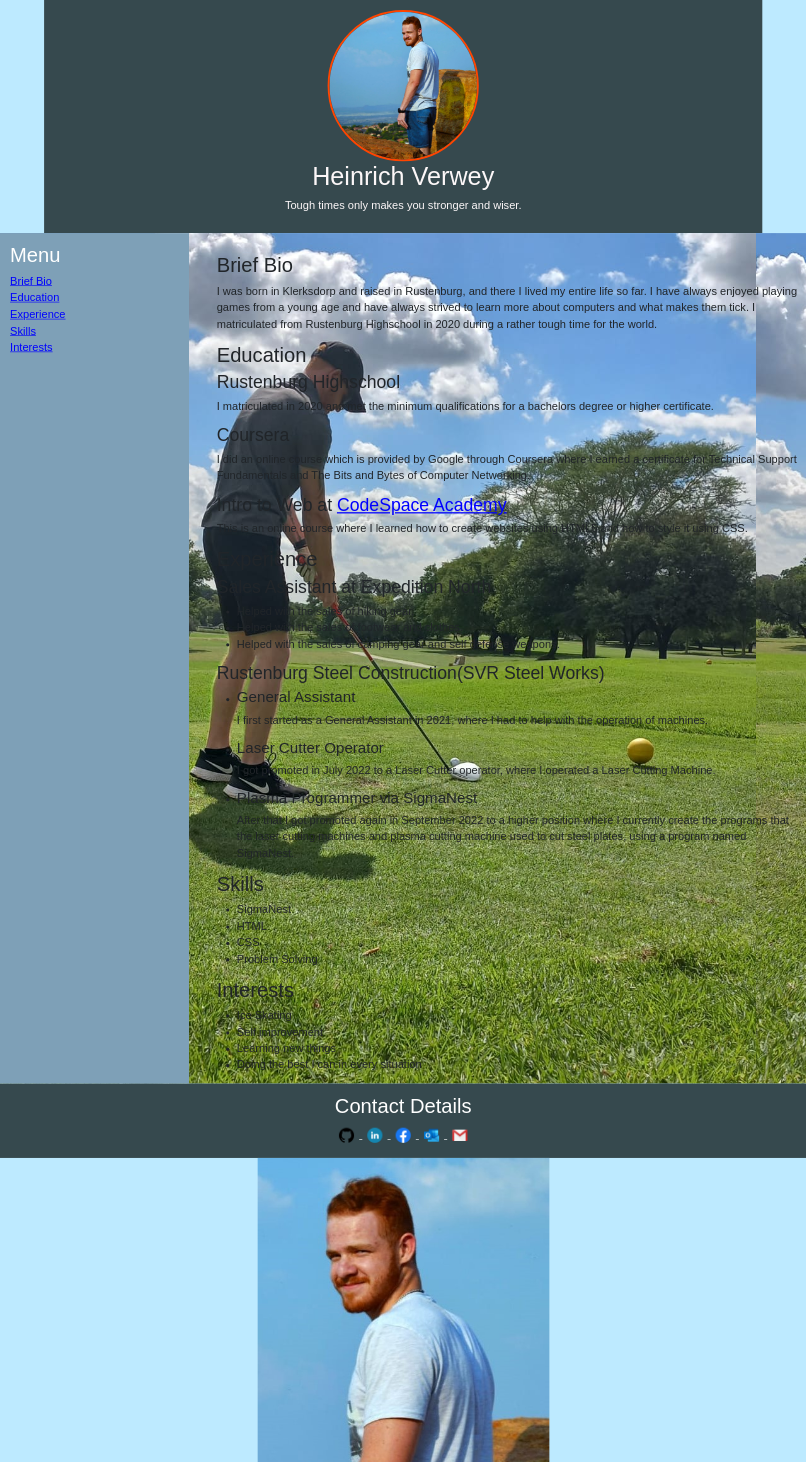
Repository: W3asl3y/IntroToWebDesign
Page: index.html
These files come from the project's save history. The page is drawn as it stood at one moment and after the next save; the edit follows.
The browser window is 1280 px wide. The pictures show the whole page, at 63% of full size.

Above is the page before, as saved 2022-12-07 21:20:36.

After the next save:
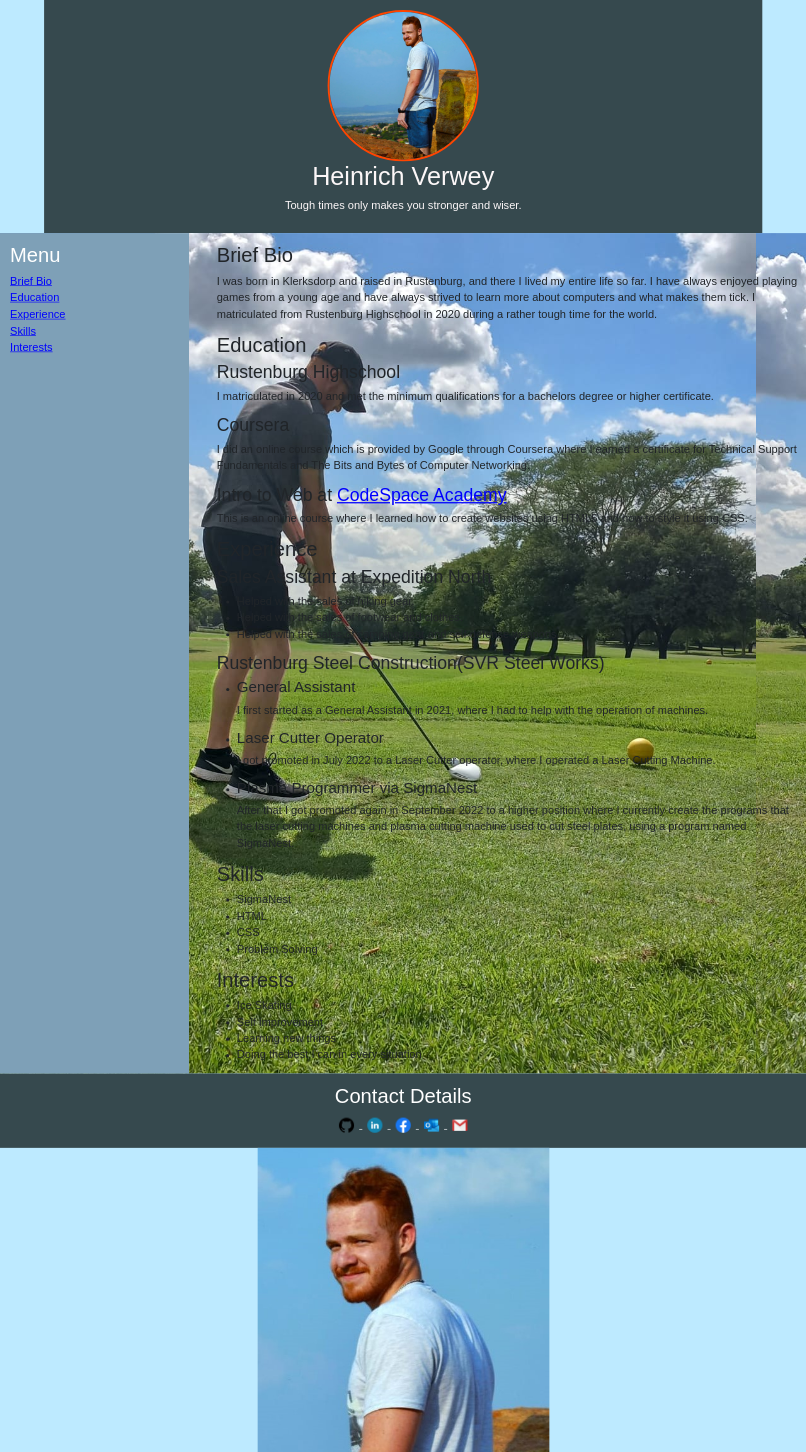
Saved 5 s later.
--- a/index.html
+++ b/index.html
@@ -64,7 +64,7 @@
                 </aside>
 
 
-            <div class="container" style="padding-top: 2rem">
+            <div class="container" style="padding-top: 1rem">
                 <article id="contents">
                     <h2 id=brief_bio>
                         Brief Bio
